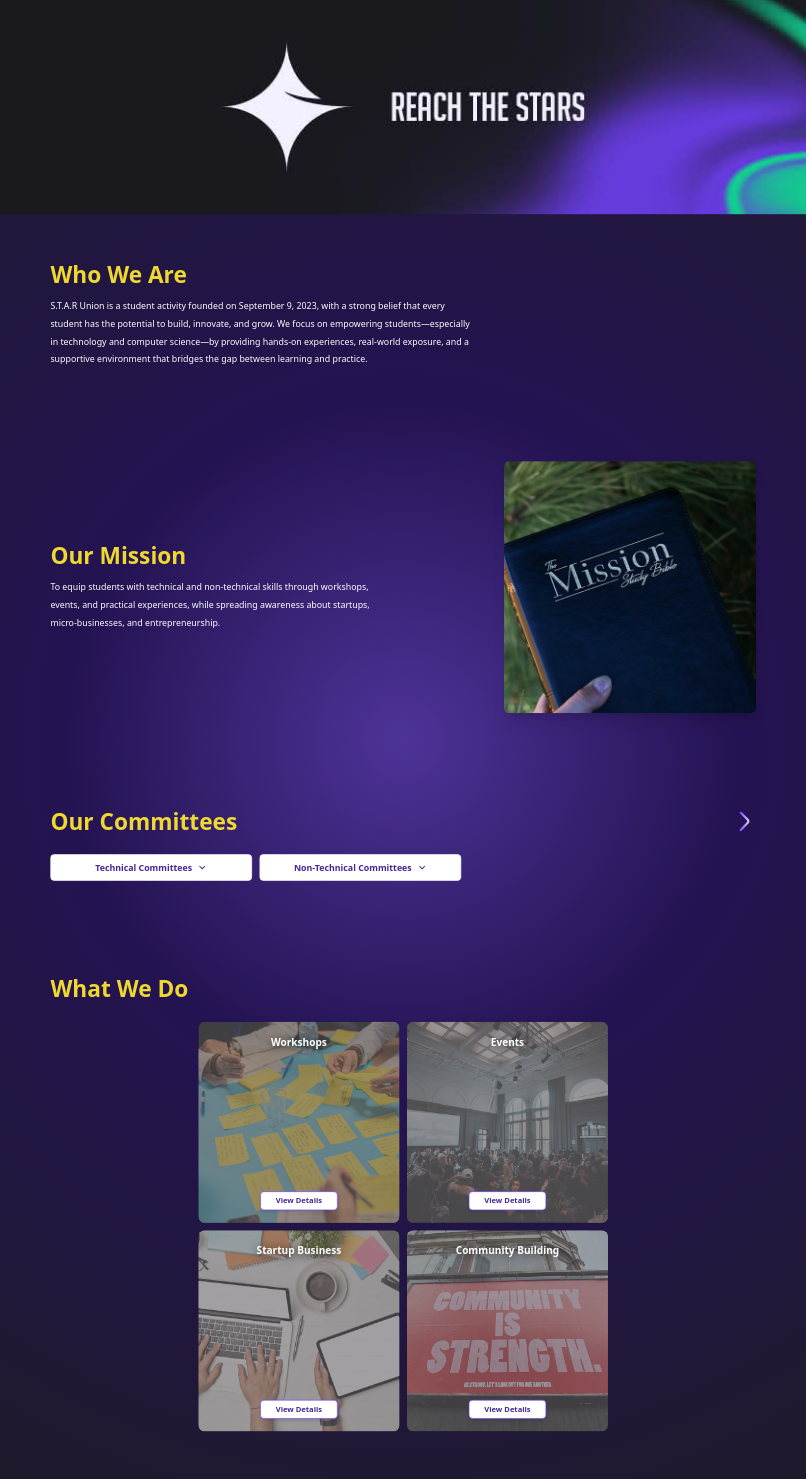
Repository: Frontend-Committee/StarUnion-Website
Page: /about
These files come from the project's save history. The page is drawn as it stood at one moment and after the next save; the edit follows.
The browser window is 1280 px wide. The pictures show the whole page, at 63% of full size.
The project was rebuilt for these pictures with package versions that can differ from the ones it lists, and the page was loaded fresh each time. Also part of the build but not shown: vite.config.js, src/components/common/Navbar.jsx, src/components/common/Footer.jsx, src/features/home/pages/HomePage.jsx.

Above is the page before, as saved 2026-02-25 15:06:41.

After the next save:
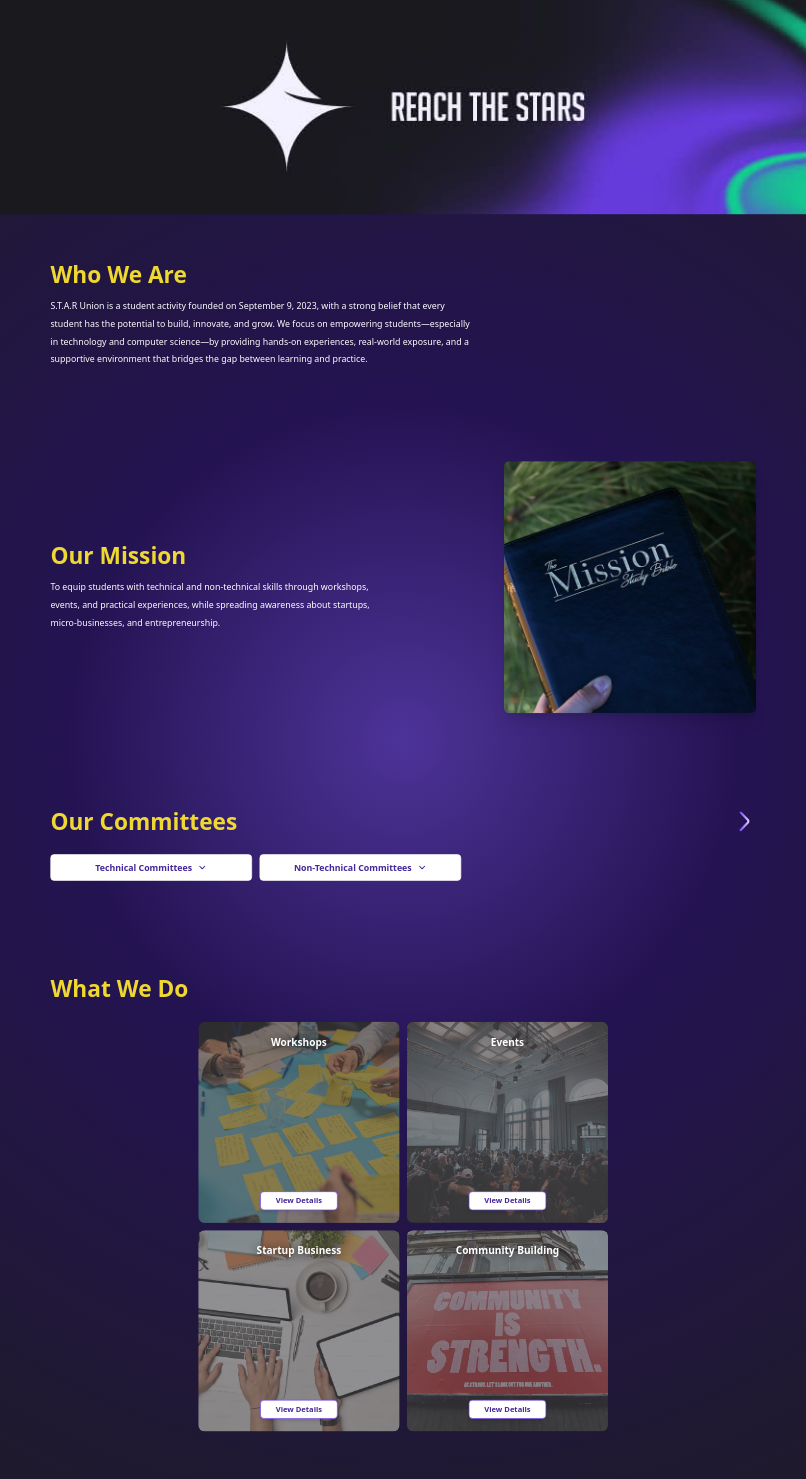
Saved 5 s later.
--- a/src/features/about/pages/AboutUsPage.jsx
+++ b/src/features/about/pages/AboutUsPage.jsx
@@ -97,7 +97,7 @@ function ActivityCard({ image, title, delay = 0 }) {
 {/* Or more precisely matching your brand purple */}
 
 {/* Or using mix-blend-mode for a more natural tint */}
-<div className="absolute inset-0 bg-[#C7C4CD]/45 " />      <div className="absolute inset-0 bg-black/30 group-hover:bg-black/45 transition-colors duration-300" />
+<div className="absolute inset-0 bg-[#918E98]/45 " />      <div className="absolute inset-0 bg-black/30 group-hover:bg-black/45 transition-colors duration-300" />
       <div className="absolute inset-0 flex flex-col items-center justify-between py-5 px-4">
         <h3 className="text-white font-bold text-base text-center drop-shadow-[0_2px_8px_rgba(0,0,0,0.8)]">
           {title}
